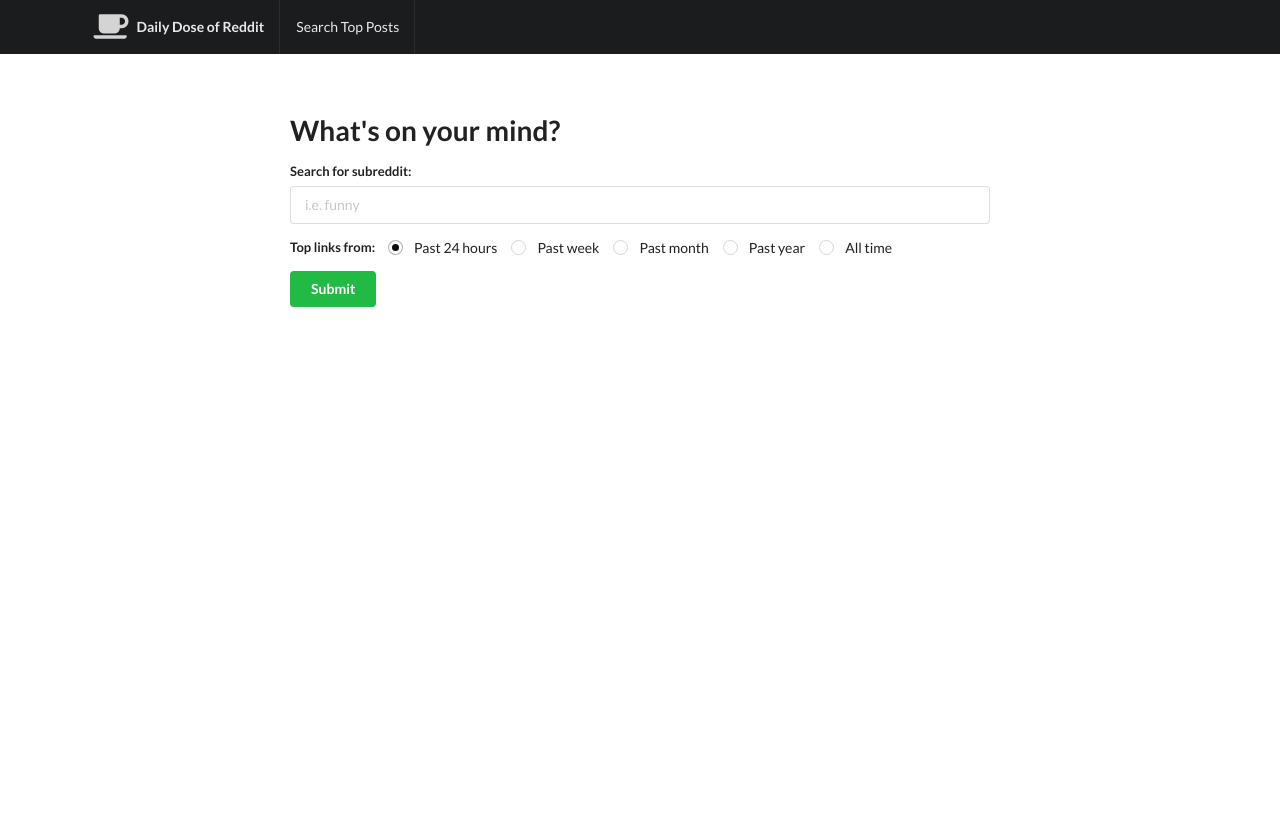
Repository: nikdmello/best-of-reddit-webapp
Page: http://localhost/
The author's editor kept a record of every edit. The page is drawn from the files as they stood at one moment, then again after the next edit.
The browser window is 1280 px wide. The pictures show the whole page.
Some web libraries are served in a nearby version. The page is served by the project's Node server (app.js).

Above is the page before.

After the next edit:
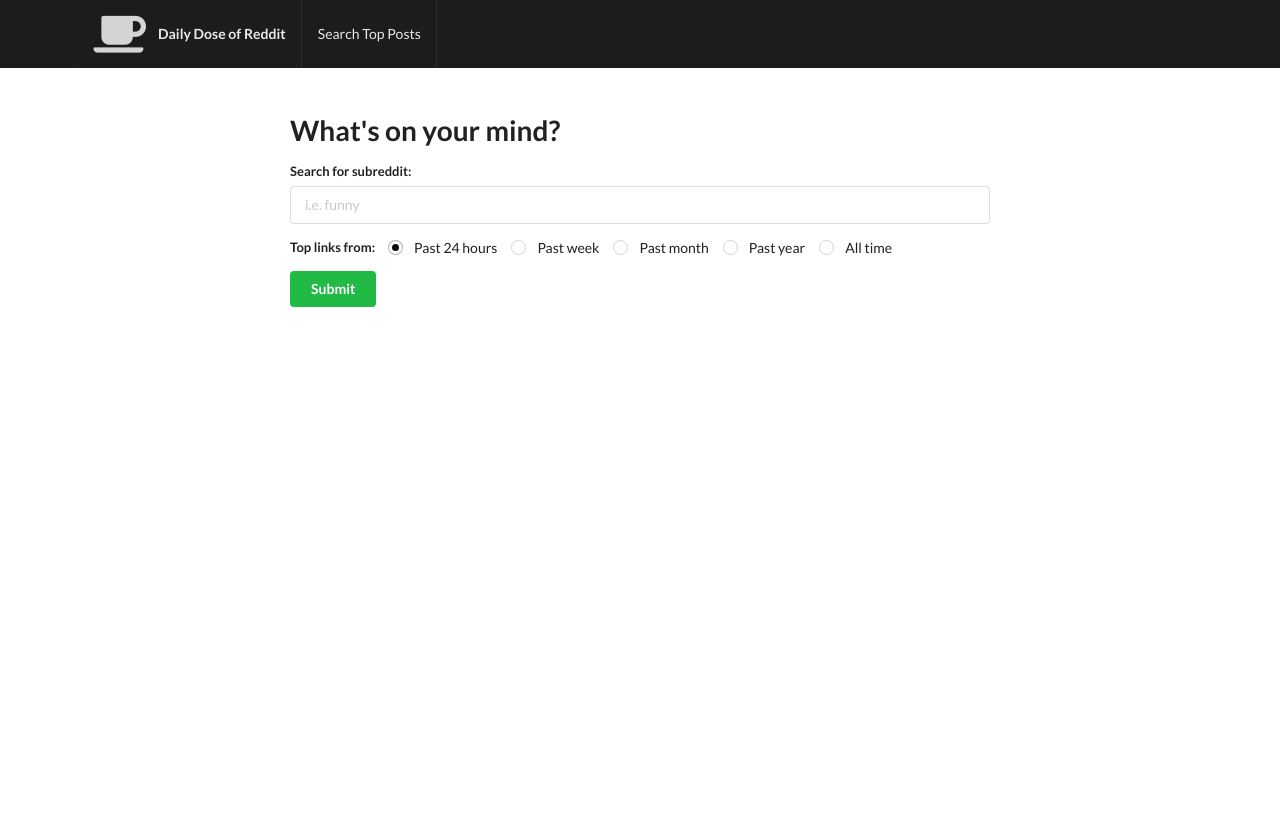
The edit:
--- a/views/partials/header.ejs
+++ b/views/partials/header.ejs
@@ -8,7 +8,7 @@
             background-color: #FFFFFF;
           }
           .ui.menu .item img.logo {
-            margin-right: 1.5em;
+            margin-right: 2em;
           }
           .main.container {
             margin-top: 7em;
@@ -21,7 +21,7 @@
             padding: 5em 0em;
           }
           i.icon {
-            font-size: 2em;
+            font-size: 3em;
           }
         </style>
     </head>
